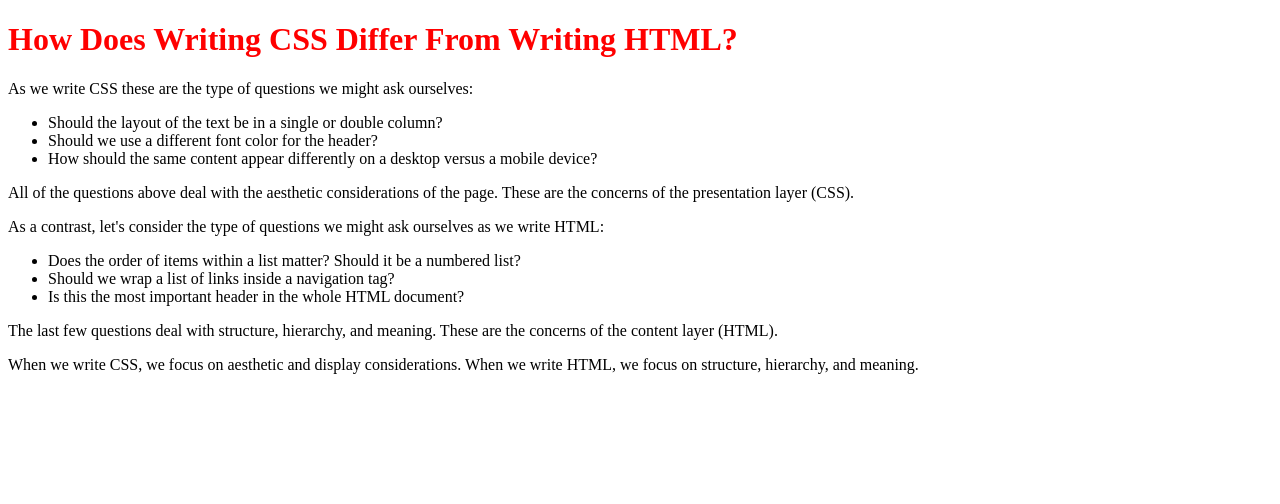
Repository: NthigaDenis/example-repository
Page: phase-0-css-intro-lab/index.html
The author's editor kept a copy of each file at every save. The page is drawn from the files as they stood at one save, then again after the next save.
The browser window is 1280 px wide. The pictures show the whole page.

Above is the page before, as saved 2022-08-02 08:06:14.

### phase-0-css-intro-lab/index.html
<!DOCTYPE html>
<html>

<head>
  <meta charset="utf-8">
  <title>Introduction to CSS Lab</title>
  <!-- Your code here! -->
</head>

<body>
  <link rel="stylesheet" href="./style.css" />

  <div>
    <h1 id='main-header'>How Does Writing CSS Differ From Writing HTML?</h1>
    <p>As we write CSS these are the type of questions we might ask ourselves:</p>

    <ul>
      <li class='perspective-questions'>Should the layout of the text be in a single or double column?</li>
      <li class='perspective-questions'>Should we use a different font color for the header?</li>
      <li class='perspective-questions'>How should the same content appear
        differently on a desktop versus a mobile device?</li>
    </ul>

    <p>All of the questions above deal with the aesthetic considerations of the page. These are the concerns of the
      presentation layer (CSS).</p>
    <p>As a contrast, let's consider the type of questions we might ask ourselves as we write HTML:</p>

    <ul>
      <li class='perspective-questions'>Does the order of items within a list matter? Should it be a numbered list?</li>
      <li class='perspective-questions'>Should we wrap a list of links inside a navigation tag?</li>
      <li class='perspective-questions'>Is this the most important header in the whole HTML document?</li>
    </ul>

    <p>The last few questions deal with structure, hierarchy, and meaning. These are the concerns of the content layer
      (HTML).</p>
    <p>When we write CSS, we focus on aesthetic and display considerations. When we write HTML, we focus on structure,
      hierarchy, and meaning.</p>
  </div>

</body>

</html>

### phase-0-css-intro-lab/style.css
selector {
  colour: #00b3e6
}

/* Tag selector to select the 'body' element */
body {
  selector {
    colour: #00b3e6
  }

  /* Your code here! */
}

/* Tag selector to select all 'div' elements. We only have one 'div' in our HTML */
div {
  /* Your code here! */
}

/* ID selector to select the element with id 'main-header' */
#main-header {
  /* Your code here! */
  color: red;
}

/* Class selector to select elements containing the class 'perspective-questions' */
.perspective-questions {
  /* Your code here! */
}

After the next save:
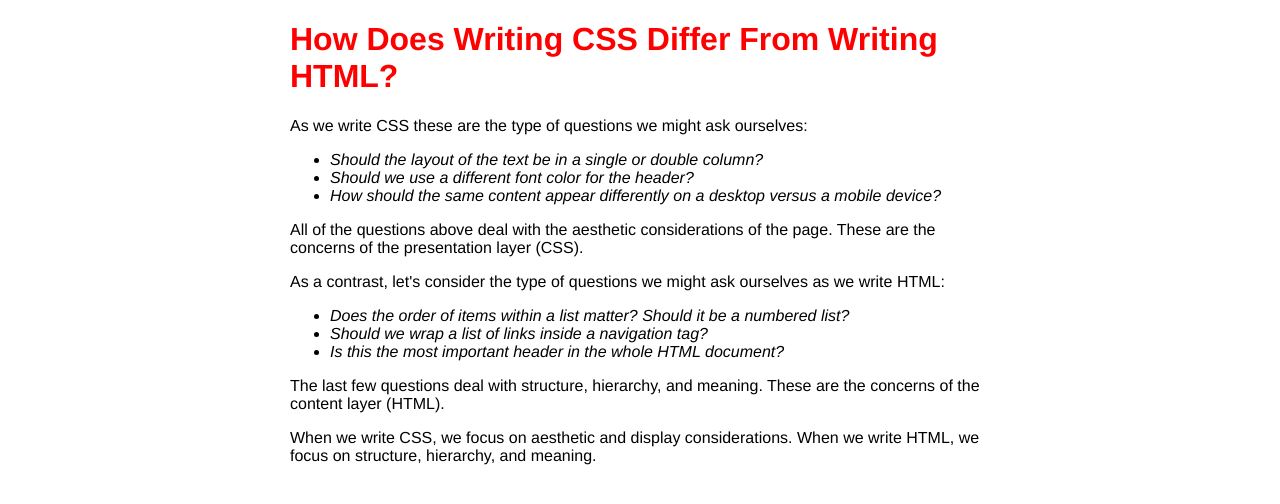
Saved 14 min 25 s later.
--- a/phase-0-css-intro-lab/style.css
+++ b/phase-0-css-intro-lab/style.css
@@ -1,18 +1,19 @@
-selector {
-  colour: #00b3e6
+/* Tag selector to select the 'body' element */
+body {
+
+  colour: #00b3e6;
 }
 
-/* Tag selector to select the 'body' element */
-body {
-  selector {
-    colour: #00b3e6
-  }
+/* Your code here! */
 
-  /* Your code here! */
-}
 
 /* Tag selector to select all 'div' elements. We only have one 'div' in our HTML */
 div {
+  width: 700px;
+  margin: auto;
+  font-family: Helvetica Neue;
+  background: white;
+  padding: 300 px;
   /* Your code here! */
 }
 
@@ -20,9 +21,11 @@ div {
 #main-header {
   /* Your code here! */
   color: red;
+  font: size 22px;
 }
 
 /* Class selector to select elements containing the class 'perspective-questions' */
 .perspective-questions {
-  /* Your code here! */
+  font-style: italic
+    /* Your code here! */
 }
